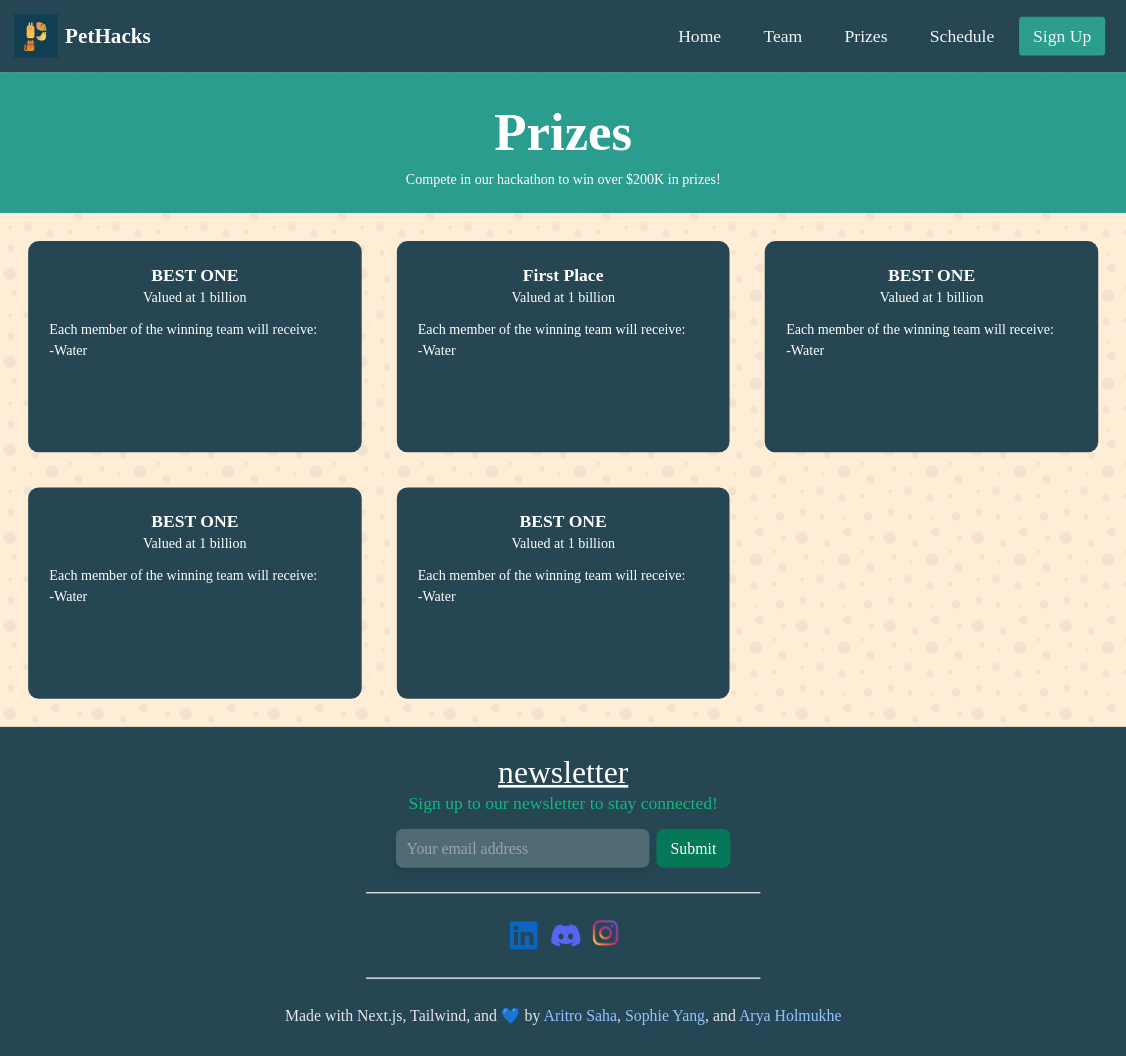
Repository: AritroSaha10/pethacks-website
Page: /prizes
The author's editor kept a copy of each file at every save. The page is drawn from the files as they stood at one save, then again after the next save.
The browser window is 1280 px wide. The pictures show the whole page, at 88% of full size.
Some web fonts or font styles are not loaded; a fallback is used. The project was rebuilt for these pictures with package versions that can differ from the ones it lists, and the page was loaded fresh each time. The framework's server and built-in components were replaced by stand-ins that run in the browser. Also part of the build but not shown: next.config.js.

Above is the page before, as saved 2022-09-10 09:52:39.

### pages/prizes.tsx
import Layout from '../components/Layout'
import Navbar from "@components/Navbar"
import Card from '@components/Prizes/Card'
import SectionHead from "@components/SectionHead"

export default function Prizes(){
    return (
    <Layout name="Prizes" noNavbar>
      <Navbar />
      <SectionHead title="Prizes" subtitle="Compete in our hackathon to win over $200K in prizes!"/>
      <div className="grid grid-cols-1 md:grid-cols-2 lg:grid-cols-3 p-3">
      <Card title="BEST ONE" valuation="1 billion" info="-Water"/>
      <Card title="First Place" valuation="1 billion" info="-Water "/>
      <Card title="BEST ONE" valuation="1 billion" info="-Water"/>
      <Card title="BEST ONE" valuation="1 billion" info="-Water"/>
      <Card title="BEST ONE" valuation="1 billion" info="-Water"/>
      </div>

    </Layout>
    )
}

### styles/globals.css
@import url('https://fonts.googleapis.com/css2?family=Gaegu&family=Space+Mono&display=swap');

@tailwind base;
@tailwind components;
@tailwind utilities;

@layer base {
    html {
        font-family: Gaegu;
    }
}

.svg-background {
    background-image: url("data:[embedded picture, 1230 characters]");
}

.wiggles-background {
    background-image: url("data:[embedded picture, 494 characters]");
}

### components/Layout.tsx
import Head from "next/head"

import Navbar from "./Navbar"
import Footer from "./Footer"

import { m } from "framer-motion"

const transition = { ease: [0.6, 0.01, -0.05, 0.9] };

const contentVariants = {
    initial: { y: 200, opacity: 0 },
    animate: { y: 0, opacity: 1 },
    exit: { y: -200, opacity: 0 },
    transition: { duration: 0.4, ...transition }
}

export default function Layout({ name, children, noAnim, noNavbar }: { name: string, children: any, noAnim?: boolean, noNavbar?: boolean }) {
    const title = `${name} | PetHacks`;
    const description = "WEBSITE DESCRIPTION";
    const imageSrc = "CHANGE ME"

    return (
        <div className="flex flex-col min-h-screen bg-orange-100 overflow-hidden" key={name}>
            <Head>
                <title>{title}</title>
                <meta name="description" content={description} />

                <meta property="og:title" content={title} />
                <meta property="og:description" content={description} />
                <meta property="og:type" content="website" />
                <meta property="og:image" content={imageSrc} />
                <meta property="og:image:type" content="image/png" />
                <meta property="og:image:width" content="1111" />
                <meta property="og:image:height" content="1111" />

                <meta name="twitter:card" content="summary_large_image" />
                <meta name="twitter:creator" content="@YOUR_TWITTER" />
                <meta property="twitter:title" content={title} />
                <meta property="twitter:description" content={description} />
                <meta property="twitter:image:src" content={imageSrc} />
            </Head>

            {noNavbar ? <></> : <Navbar />}

            {noAnim ? (
                <div
                    className="flex-grow flex flex-col"
                >
                    {children}
                </div>
            ) : (
                <m.div
                    initial={contentVariants.initial}
                    animate={contentVariants.animate}
                    exit={contentVariants.exit}
                    transition={contentVariants.transition}
                    className="flex-grow flex flex-col svg-background"
                >
                    {children}
                </m.div>
            )}

            <Footer />
        </div>
    )
}

### components/Navbar.tsx
import Link from "next/link";
import Image from "next/image";
import { useState } from "react";

import Logo from "@media/logo.png";

import { GoThreeBars } from "react-icons/go"

const links = [
    {
        name: "Home",
        link: "/",
        id: "home",
        priority: false
    },
    {
        name: "Team",
        link: "/team",
        id: "team",
        priority: false
    },
    {
        name: "Prizes",
        link: "/prizes",
        id: "prizes",
        priority: false
    },
    {
        name: "Schedule",
        link: "/schedule",
        id: "schedule",
        priority: false
    },
    {
        name: "Sign Up",
        link: "/sign-up",
        id: "sign-up",
        priority: true
    },
];

export default function Header() {
    const [showDropdown, setShowDropdown] = useState(false);

    return (
        <header className="bg-pet-teal py-2 lg:py-4 sticky">
            <div className="container px-4 mx-auto lg:flex lg:items-center">
                <div className="flex justify-between items-center">
                    <Link href="/">
                        <a className="flex justify-between items-center font-bold text-2xl text-white gap-2">
                            <Image src={Logo} alt="logo" width={50} height={50} />
                            <span>PetHacks</span>
                        </a>
                    </Link>

                    <button
                        className="border border-solid border-gray-600 px-3 py-1 rounded text-white opacity-50 hover:opacity-75 lg:hidden"
                        aria-label="Menu"
                        data-test-id="navbar-menu"
                        onClick={
                            () => {
                                setShowDropdown(!showDropdown);
                            }}
                        >
                        <GoThreeBars />
                    </button>
                </div>

                <div className={`${showDropdown ? "flex" : "hidden"} lg:flex flex-col lg:flex-row lg:ml-auto mt-3 lg:mt-0 text-xl`} data-test-id="navbar">
                    {
                        links.map(({ name, link, priority, id }) =>
                            <Link key={name} href={link}>
                                <a
                                    className={`${priority ? "text-gray-100 bg-pet-turquoise hover:bg-pet-turquoise/50 hover:text-white text-center mt-1 lg:mt-0 lg:ml-1" : "text-gray-100 hover:bg-gray-400/20 hover:text-gray-100 "} p-2 lg:px-4 lg:mx-2 rounded duration-300 transition-colors `}
                                    data-test-id={`navbar-${id}`}
                                >
                                    {name}
                                </a>
                            </Link>
                        )
                    }
                </div>
            </div>
        </header>
    )
}

### components/Prizes/Card.tsx
import React from 'react';


export default function Card ({title, valuation, info}: {title: string, valuation: string, info: string}) {

    return (
        <div className="col-span-1 h-60 p-6 m-5 bg-pet-teal rounded-xl  text-white" >
            <div className="text-center">
                <h1 className="text-xl font-bold">{title}</h1>
                <p className="pb-3">Valued at {valuation}</p>
            </div>
            <div className="">
                Each member of the winning team will receive:
                <p>
                {info}
                </p>
            </div>
        </div>
    )
}

### components/SectionHead.tsx
import React from 'react';

export default function SectionHead({ title, subtitle }: { title: string, subtitle: string }) {
  return (
    <div className="h-40 bg-pet-turquoise text-center text-white grid place-content-center">
      <h1 className="font-bold text-6xl p-3">{title}</h1>
      <p>{subtitle}</p>
    </div>
  )
}

### components/Footer.tsx
import React, { useState } from 'react'
import Link from 'next/link'
import Image from 'next/image'

import axios from 'axios'

import EmailRegex from '@util/EmailRegex'

import logo from '@media/logo.png'
import InstagramLogo from "@media/ig.png"
import { FaLinkedin, FaDiscord } from 'react-icons/fa'

const buttonColoring =
    'bg-emerald-700 text-white hover:bg-white hover:text-emerald-700 active:bg-emerald-500 active:text-white transition-all duration-300'

enum EmailState {
    Neutral,
    Invalid,
    Success,
    Sending
}

export default function Footer() {
    const [emailState, setEmailState] = useState(EmailState.Neutral)

    const handleSubmit = async (e: React.FormEvent<HTMLFormElement>) => {
        e.preventDefault()

        // Extract email from form data
        const formData = Object.fromEntries(new FormData(e.currentTarget))
        const email = formData.email.toString()

        // Match using regex
        if (email === '' || !email.match(EmailRegex)) {
            setEmailState(EmailState.Invalid);
            return;
        }

        // Submit to Airtable
        setEmailState(EmailState.Sending);

        try {
            const startingTime = new Date().getTime();

            // TODO: IMPLEMENT THIS API FUNCTION
            await axios.post("/api/addToNewsletter", {
                email: email
            });

            // Slow down animation to take at least 300ms on user end so it's smoother
            await new Promise(resolve => {
                setTimeout(resolve.bind(null, null), 300 - (new Date().getTime() - startingTime));
            });
        } catch (e) {
            // We don't need the user to know of the error, but log it for later uses
            console.error("Error when sending email", e);
        }

        // Let user know it was sent successfully
        setEmailState(EmailState.Success);
    }

    return (
        <footer className="flex flex-col justify-between gap-4 px-12 lg:px-20 py-8 bg-pet-teal items-center z-[99999999] text-center sm:text-left">

            <div className="flex flex-col items-center lg:w-1/3" id="newsletter">
                <h2 className="text-4xl text-white underline">newsletter</h2>
                <p className="text-xl text-emerald-500">
                    Sign up to our newsletter to stay connected!
                </p>

                <div>
                    <form className="flex flex-col sm:flex-row items-center gap-2 mt-4 text-center lg:text-left" onSubmit={handleSubmit} noValidate>
                        <input
                            className={`text-lg rounded-lg py-2 px-3 w-60 sm:w-72 align-middle text-white outline-none focus:ring-2 focus:ring-emerald-700 duration-200 bg-white/20 shadow-lg focus:shadow-none ${emailState == EmailState.Invalid && "ring-1 ring-red-600"}`}
                            placeholder="Your email address"
                            name="email"
                            type="email"
                            onChange={() => setEmailState(EmailState.Neutral)}
                            required
                        />
                        <input
                            type="submit"
                            className={`rounded-lg py-2 px-4 w-60 sm:w-auto text-lg ${buttonColoring} hover:cursor-pointer`}
                        />
                    </form>

                    {emailState == EmailState.Invalid && (
                        <p className="text-sm text-red-500">
                            Please provide a valid email address.
                        </p>
                    )}

                    {emailState == EmailState.Success && (
                        <p className="text-sm text-emerald-400">Thanks for submitting!</p>
                    )}
                </div>
            </div>

            <hr className="h-px bg-white w-full lg:w-[40%] my-3" />

            <div className="flex items-center justify-center gap-3 text-4xl">
                <a
                    href=""
                    className="text-[#0A66C2] hover:text-[#0A66C2]/75 active:text-[#0A66C2]/50 duration-200"
                    target="_blank"
                    rel="noreferrer"
                    title="LinkedIn"
                >
                    <FaLinkedin />
                </a>

                <a
                    href=""
                    className="text-[#5865F2] hover:text-[#5865F2]/75 active:text-[#5865F2]/50 duration-200"
                    target="_blank"
                    rel="noreferrer"
                    title="Discord"
                >
                    <FaDiscord />
                </a>

                <a
                    href=""
                    className="text-[#F77737] hover:text-[#F77737]/75 active:text-[#F77737]/50 duration-200"
                    target="_blank"
                    rel="noreferrer"
                    title="Instagram"
                >
                    <Image src={InstagramLogo} width={30} height={30} alt="instagram" />
                </a>
            </div>

            <hr className="h-px bg-white w-full lg:w-[40%] my-3" />

            <p className='text-lg text-gray-200'>
                Made with Next.js, Tailwind, and 💙 by
                {" "}
                <a href="https://aritrosaha.vercel.app" target="_blank" rel="noreferrer" className='text-blue-300 hover:text-blue-500 duration-150'>
                    Aritro Saha
                </a>
                ,{" "}
                <a href="https://www.linkedin.com/in/sophie-yang-66b855216" target="_blank" rel="noreferrer" className='text-blue-300 hover:text-blue-500 duration-150'>
                    Sophie Yang
                </a>
                , and {" "}
                <a href="" target="_blank" rel="noreferrer" className='text-blue-300 hover:text-blue-500 duration-150'>
                    Arya Holmukhe
                </a>
            </p>
        </footer>
    )
}

### util/EmailRegex.ts
const EmailRegex = /(?:[a-z0-9!#$%&'*+/=?^_`{|}~-]+(?:\.[a-z0-9!#$%&'*+/=?^_`{|}~-]+)*|"(?:[\x01-\x08\x0b\x0c\x0e-\x1f\x21\x23-\x5b\x5d-\x7f]|\\[\x01-\x09\x0b\x0c\x0e-\x7f])*")@(?:(?:[a-z0-9](?:[a-z0-9-]*[a-z0-9])?\.)+[a-z0-9](?:[a-z0-9-]*[a-z0-9])?|\[(?:(?:25[0-5]|2[0-4][0-9]|[01]?[0-9][0-9]?)\.){3}(?:25[0-5]|2[0-4][0-9]|[01]?[0-9][0-9]?|[a-z0-9-]*[a-z0-9]:(?:[\x01-\x08\x0b\x0c\x0e-\x1f\x21-\x5a\x53-\x7f]|\\[\x01-\x09\x0b\x0c\x0e-\x7f])+)\])/;
export default EmailRegex;

### tailwind.config.js
/** @type {import('tailwindcss').Config} */
module.exports = {
  content: [
    "./pages/**/*.{js,ts,jsx,tsx}",
    "./components/**/*.{js,ts,jsx,tsx}",
  ],
  theme: {
    extend: {
      fontFamily: {
        desc:['Gaegu', 'cursive;']
      },
      colors: {
        "pet-teal": "#264653",
        "pet-turquoise": "#2A9D8F",
        "pet-yellow": "#E9C46A",
        "pet-lightorange": "#F4A261",
        "pet-red": "#E76F51"
      }
    },
  },
  plugins: [],
}

Loaded but not shown: pages/_app.tsx (common file)

After the next save:
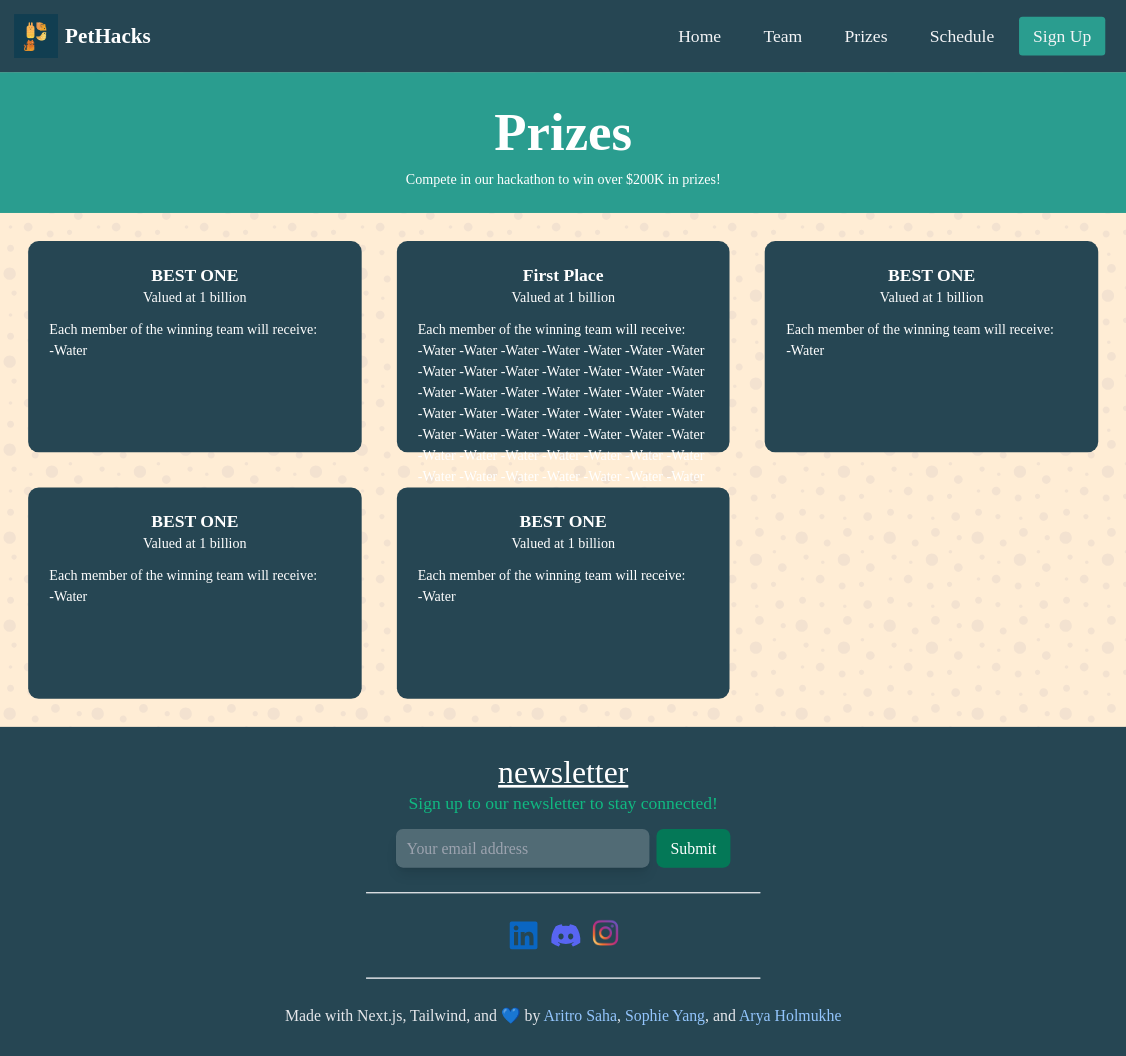
Saved 10 s later.
--- a/pages/prizes.tsx
+++ b/pages/prizes.tsx
@@ -10,7 +10,7 @@ export default function Prizes(){
       <SectionHead title="Prizes" subtitle="Compete in our hackathon to win over $200K in prizes!"/>
       <div className="grid grid-cols-1 md:grid-cols-2 lg:grid-cols-3 p-3">
       <Card title="BEST ONE" valuation="1 billion" info="-Water"/>
-      <Card title="First Place" valuation="1 billion" info="-Water "/>
+      <Card title="First Place" valuation="1 billion" info="-Water -Water -Water -Water -Water -Water -Water -Water -Water -Water -Water -Water -Water -Water -Water -Water -Water -Water -Water -Water -Water -Water -Water -Water -Water -Water -Water -Water -Water -Water -Water -Water -Water -Water -Water -Water -Water -Water -Water -Water -Water -Water -Water -Water -Water -Water -Water -Water -Water -Water -Water -Water -Water -Water -Water -Water -Water -Water -Water -Water -Water -Water -Water -Water -Water -Water -Water -Water -Water -Water -Water -Water -Water -Water -Water -Water -Water -Water -Water "/>
       <Card title="BEST ONE" valuation="1 billion" info="-Water"/>
       <Card title="BEST ONE" valuation="1 billion" info="-Water"/>
       <Card title="BEST ONE" valuation="1 billion" info="-Water"/>
